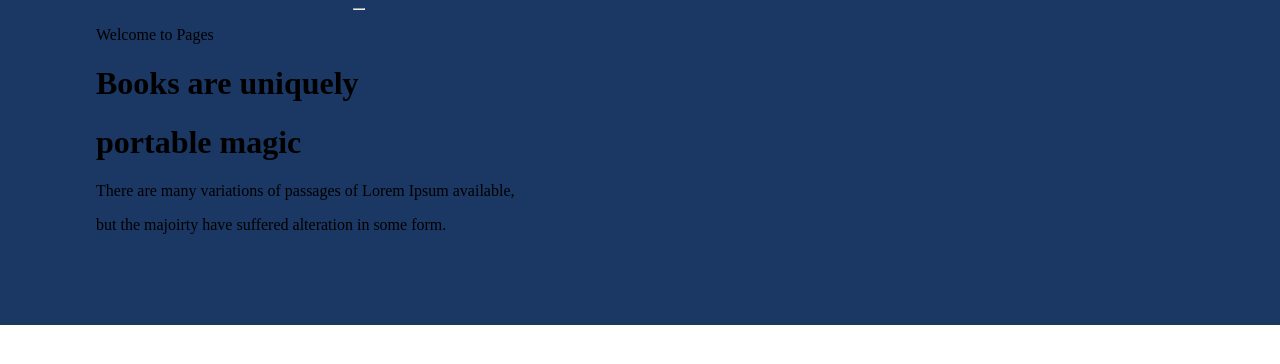
Repository: Godnorg/Class2
Page: index.html
The author's editor kept a copy of each file at every save. The page is drawn from the files as they stood at one save, then again after the next save.
The browser window is 1280 px wide. The pictures show the whole page.

Above is the page before, as saved 2023-02-13 21:33:28.

After the next save:
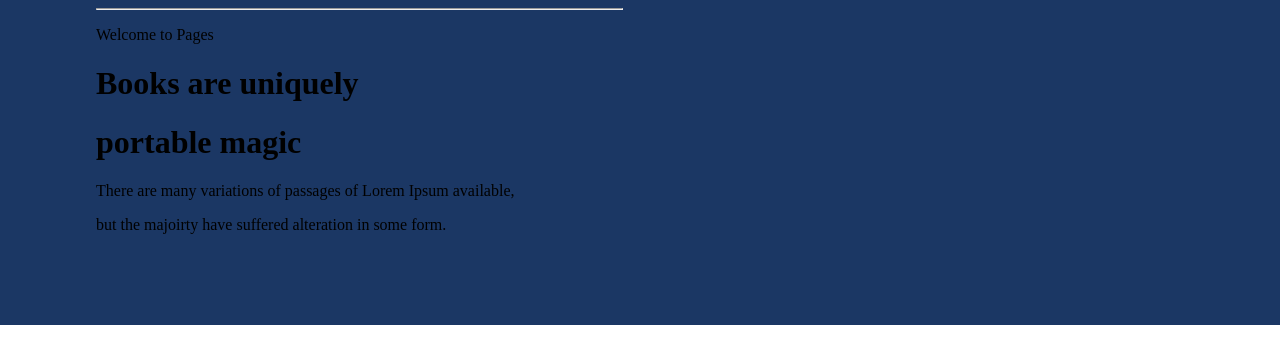
Saved 40 s later.
--- a/index.html
+++ b/index.html
@@ -16,7 +16,7 @@
         <div class="middle">
             <div>
 
-                <hr style="width: 10px">
+                <hr>
                 <p>Welcome to Pages</p></hr>
                 <h1>Books are uniquely</h1>
                 <h1>portable magic</h1>
